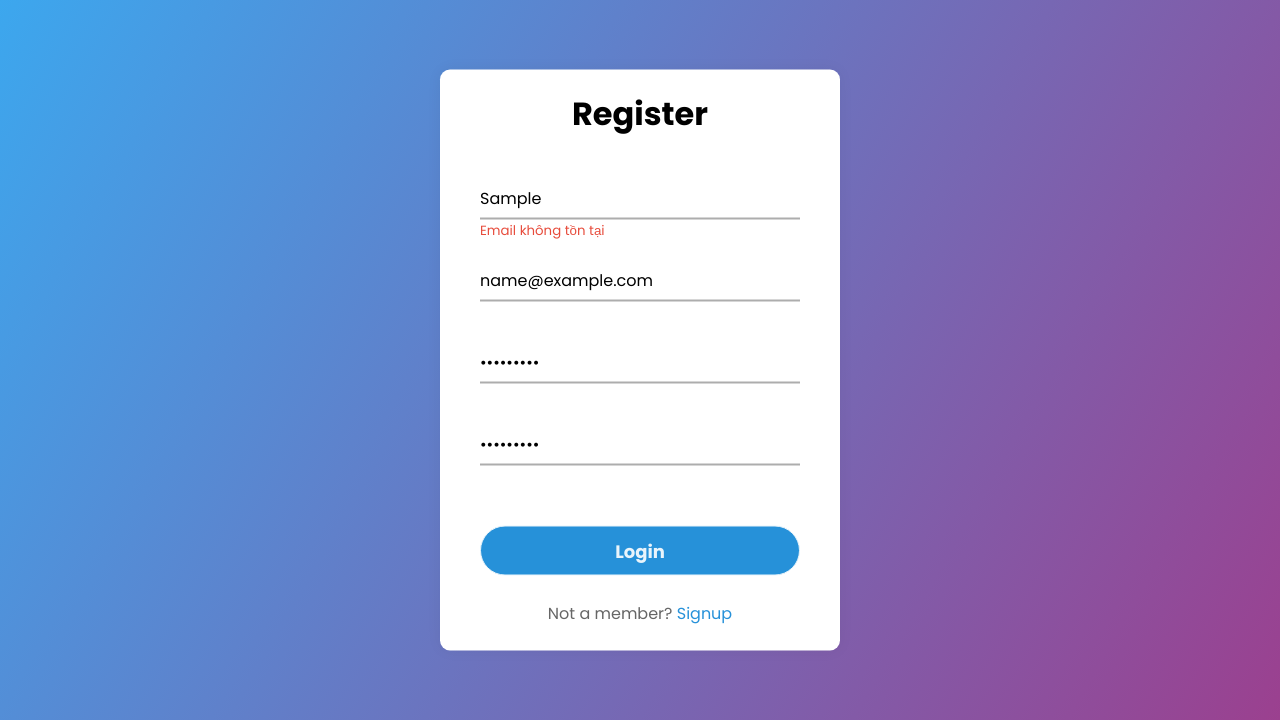
Repository: HoanTiny/30projects-30day
Page: Day 8/index.html
These files come from the project's save history. The page is drawn as it stood at one moment and after the next save; the edit follows.
The browser window is 1280 px wide. The pictures show the whole page.
Empty fields were first filled with sample values (such as "Sample", 5 or name@example.com).
After loading, the first visible `form` was submitted once.

Above is the page before, as saved 2021-12-06 14:21:10.

After the next save:
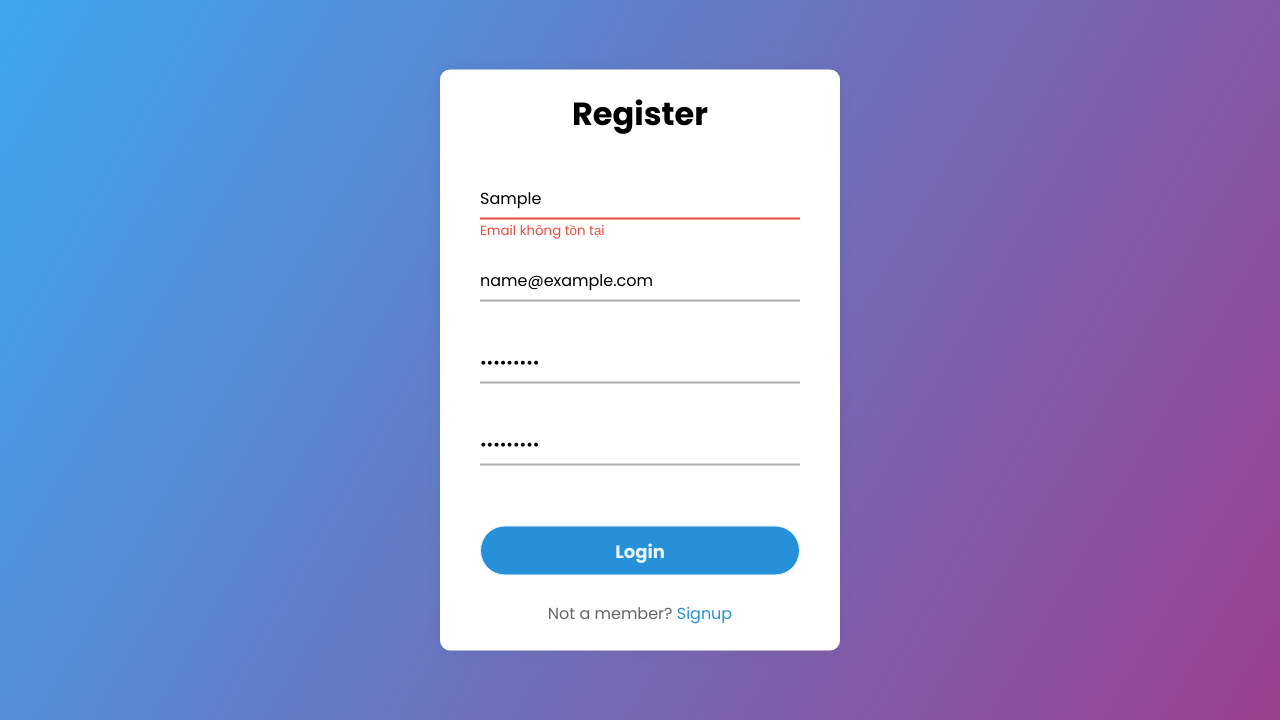
Saved 96 s later.
--- a/Day 8/app.js
+++ b/Day 8/app.js
@@ -18,6 +18,7 @@ function checkusername() {
 function checkmail() {
     if (userMail.value.length !== mail) {
         this.small.innerHTML = "Email không tồn tại";
+        this.formControl.classList.add("error");
     }
 }
 
